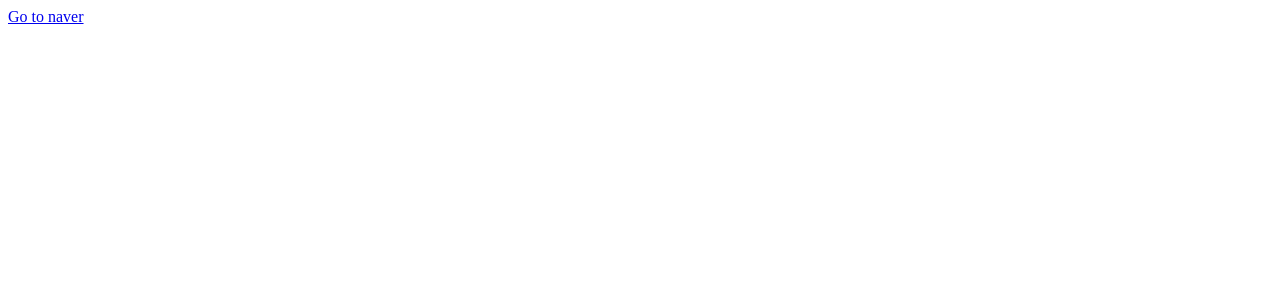
Repository: jun01270/F-E-practice
Page: index.html
An editor plug-in stored every save of this project. The page is shown before and after the next save, followed by the edit.
The browser window is 1280 px wide. The pictures show the whole page.
Empty fields were first filled with sample values (such as "Sample", 5 or name@example.com).
After loading, the first visible `#userName-form` was submitted once.

Above is the page before, as saved 2022-12-22 16:22:54.
Console error: TypeError: firstH1.innerText is not a function

After the next save:
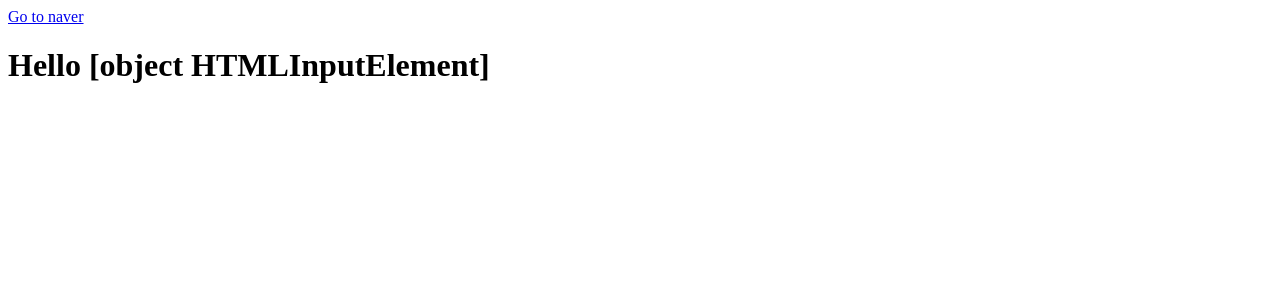
The error is gone.
Saved 71 s later.
--- a/app.js
+++ b/app.js
@@ -8,7 +8,7 @@ function loginResult(e) {
   loginForm.classList.add("hidden");
   console.log(userName.value);
   firstH1.classList.remove("hidden");
-  firstH1.innerText(`Hello ${userName}`);
+  firstH1.innerText = `Hello ${userName}`;
 }
 
 loginForm.addEventListener("submit", loginResult);
